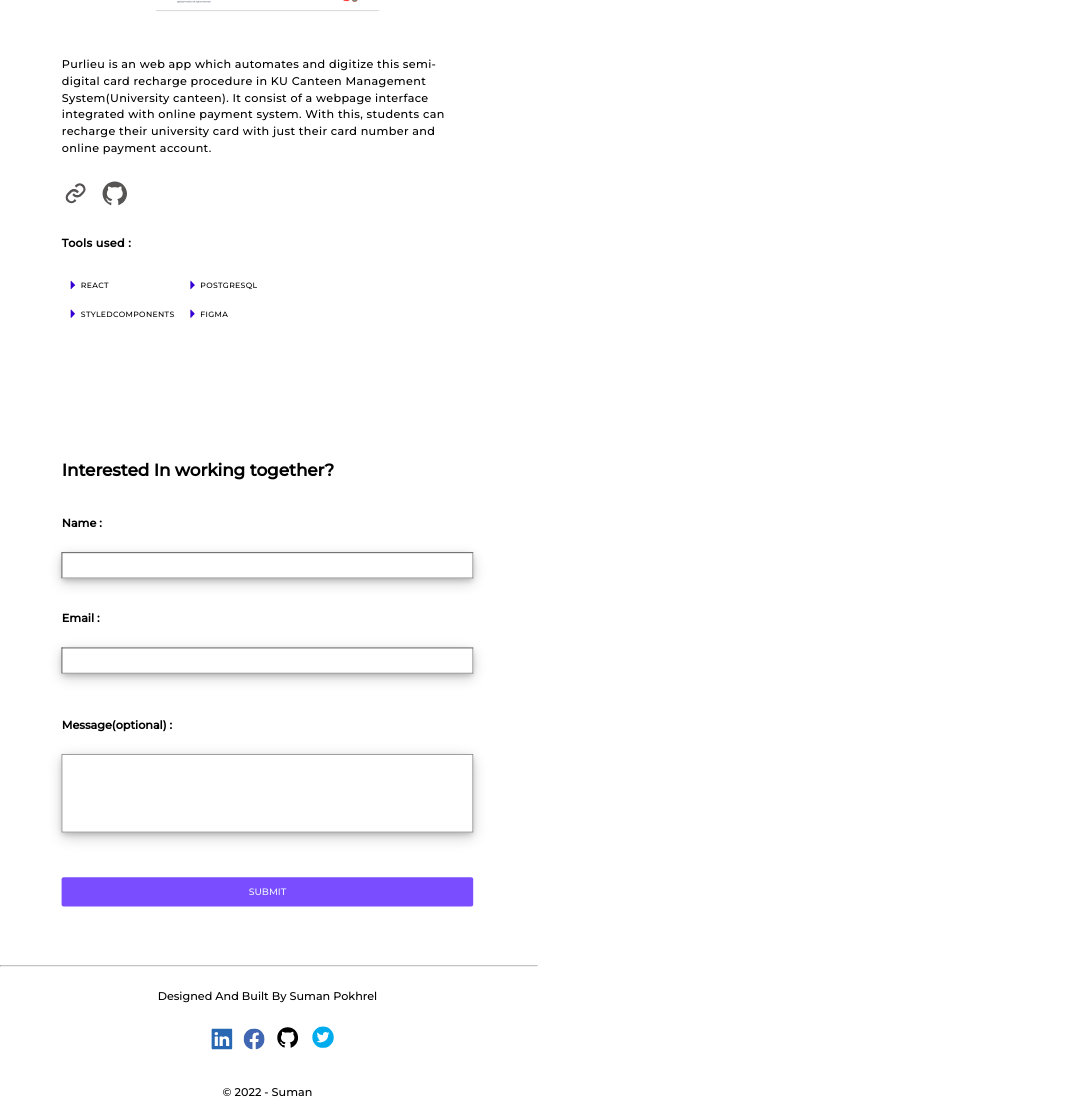
Repository: iamsumanp/portfolio
Page: /
An editor plug-in stored every save of this project. The page is shown before and after the next save, followed by the edit.
The browser window is 768 px wide. The page is 1536 px wide, so the pictures cover 1536 px, including what lies to the right of the window. The pictures show the part of the page from y = 4353 to 5953 px (the page is 5953 px tall), at 70% of full size.
The project was rebuilt for these pictures with package versions that can differ from the ones it lists, and the page was loaded fresh each time.

Above is the page before, as saved 2022-07-11 15:47:29.

After the next save:
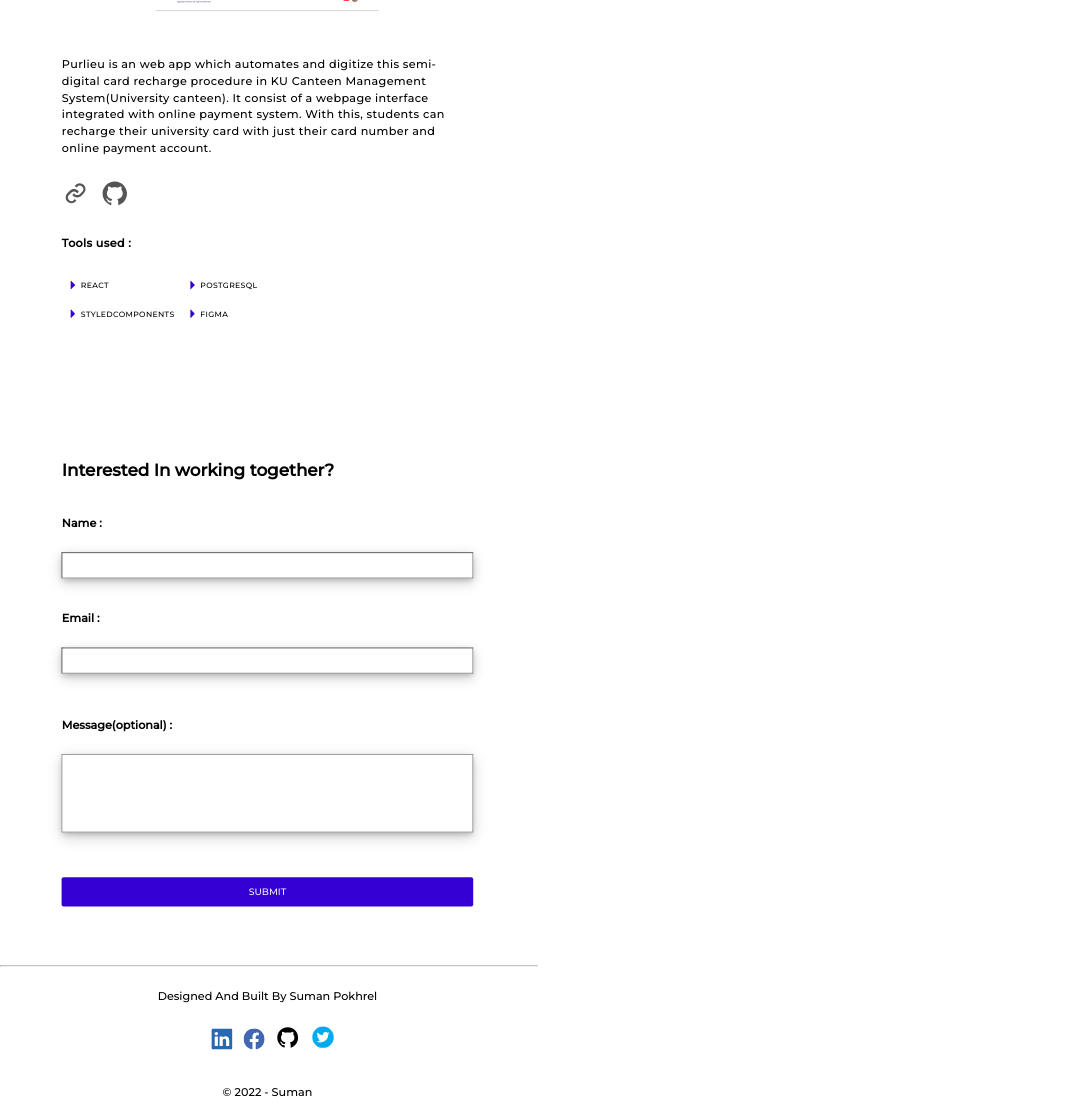
Saved 76 s later.
--- a/src/styles/styles.css
+++ b/src/styles/styles.css
@@ -554,7 +554,7 @@
   }
 }
 .ContactSection .submitBtn {
-  background-color: #7a4eff;
+  background-color: var(--main-purple);
   border: none;
   color: aliceblue;
   padding: 0.8rem;
@@ -607,4 +607,4 @@
   .spSpan {
     text-align: center;
   }
-}/*# sourceMappingURL=styles_20220711154729.css.map */
+}/*# sourceMappingURL=styles_20220711154845.css.map */

After the save that followed:
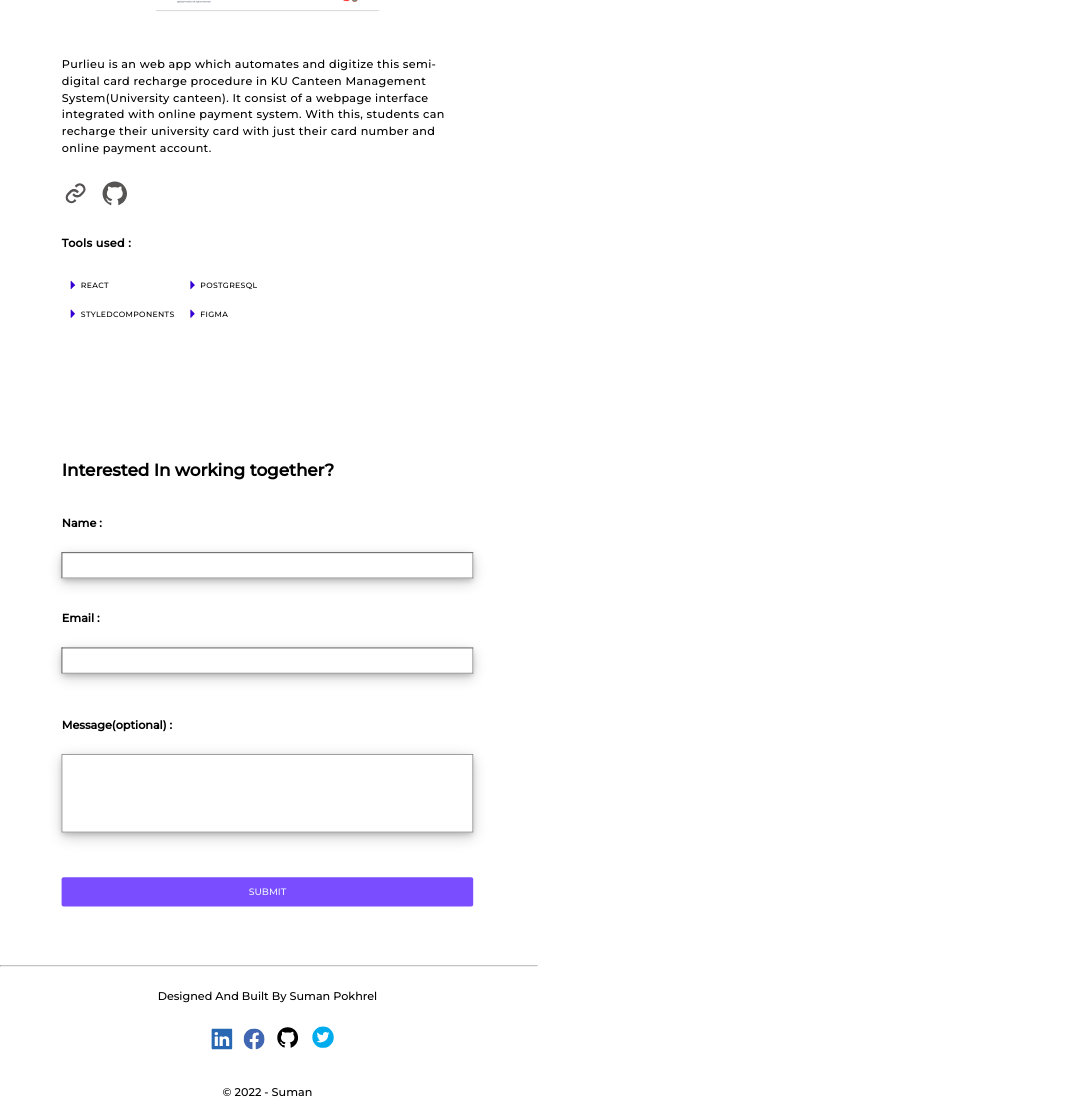
Saved 54 s later.
--- a/src/styles/styles.css
+++ b/src/styles/styles.css
@@ -2,6 +2,7 @@
   --main-purple: #3500d3;
   --main-white: rgb(255, 255, 255);
   --main-black: #000000;
+  --main-purple-secondary: #7a4eff;
 }
 
 * {
@@ -554,7 +555,7 @@
   }
 }
 .ContactSection .submitBtn {
-  background-color: var(--main-purple);
+  background-color: var(--main-purple-secondary);
   border: none;
   color: aliceblue;
   padding: 0.8rem;
@@ -607,4 +608,4 @@
   .spSpan {
     text-align: center;
   }
-}/*# sourceMappingURL=styles_20220711154845.css.map */
+}/*# sourceMappingURL=styles_20220711154939.css.map */
